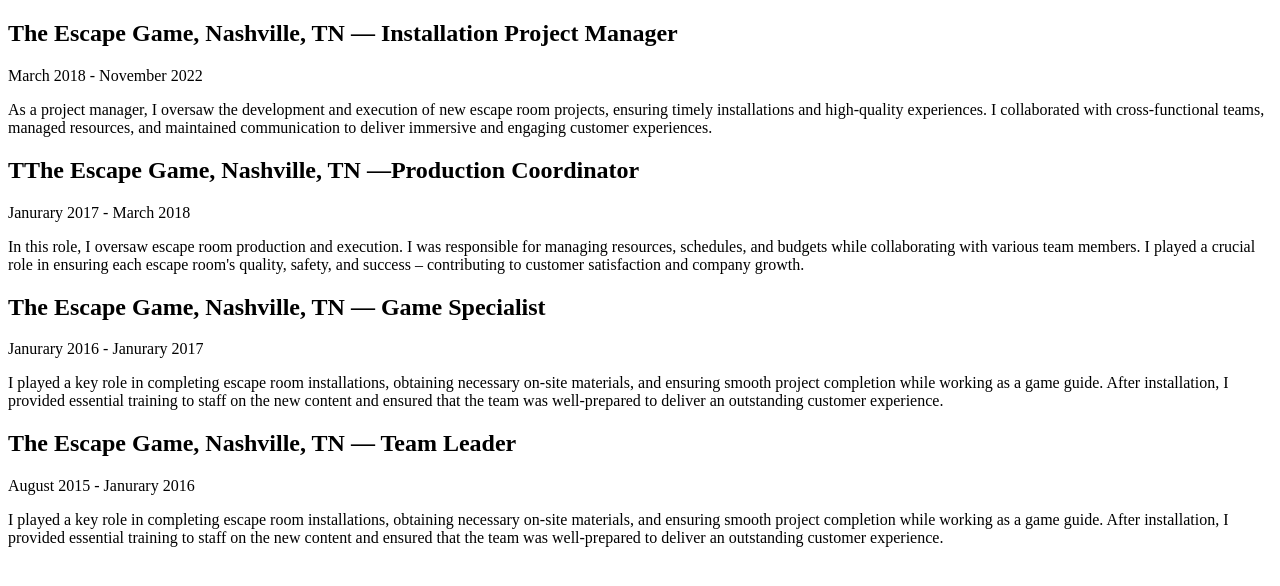
Repository: jgramirez0210/LAB-HTML-Resume
Page: index.html
These files come from the project's save history. The page is drawn as it stood at one moment and after the next save; the edit follows.
The browser window is 1280 px wide. The pictures show the whole page.

Above is the page before, as saved 2023-10-09 21:26:14.

### index.html
<!DOCTYPE html>
<html lang="en">
<head>
  <meta charset="UTF-8">
  <meta name="viewport" content="width=device-width, initial-scale=1.0">
  <title>Jesse's Work Experience</title>
</head>
<body>
  <article>
    <h2>The Escape Game, Nashville, TN — Installation Project Manager </h2>
    <time datetime="2018-03" >March 2018</time> - <time datetime="2022-10" >November 2022</time></time>
    <p>As a project manager, I oversaw the development and execution of new escape room projects, ensuring timely installations and high-quality experiences. I collaborated with cross-functional teams, managed resources, and maintained communication to deliver immersive and engaging customer experiences.</p>
  </article>
  <article>
    <h2>TThe Escape Game, Nashville, TN —Production Coordinator</h2>
    <time datetime="2017-01" >Janurary 2017</time> - <time datetime="2018-3" >March 2018</time></time>
    <p>In this role, I oversaw escape room production and execution. I was responsible for managing resources, schedules, and budgets while collaborating with various team members. I played a crucial role in ensuring each escape room's quality, safety, and success – contributing to customer satisfaction and company growth.
    </p>
  </article>
  <article>
    <h2>The Escape Game, Nashville, TN — Game Specialist</h2>
    <time datetime="2016-01" >Janurary 2016</time> - <time datetime="2017-01" >Janurary 2017</time></time>
    <p>I played a key role in completing escape room installations, obtaining necessary on-site materials, and ensuring smooth project completion while working as a game guide. After installation, I provided essential training to staff on the new content and ensured that the team was well-prepared to deliver an outstanding customer experience.
    </p>
  </article>
  <article>
    <h2>The Escape Game, Nashville, TN — Team Leader</h2>
    <time datetime="2015-08" >August 2015</time> - <time datetime="2016-01" >Janurary 2016</time></time>
    <p>I played a key role in completing escape room installations, obtaining necessary on-site materials, and ensuring smooth project completion while working as a game guide. After installation, I provided essential training to staff on the new content and ensured that the team was well-prepared to deliver an outstanding customer experience.
    </p>
  </article>
</body>
</html>

After the next save:
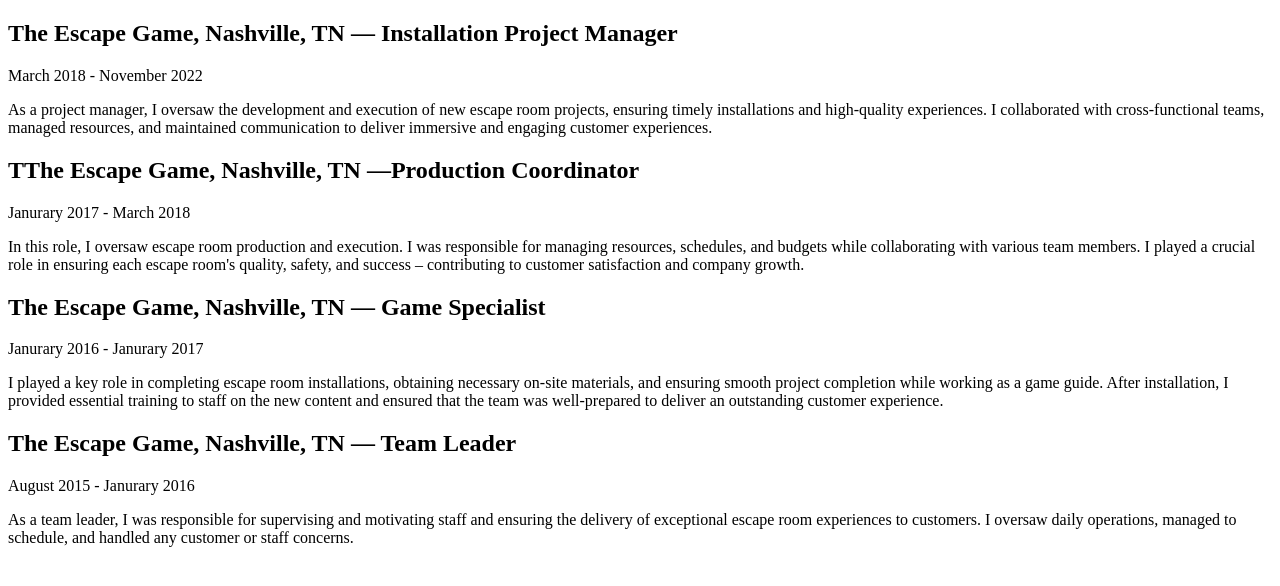
Saved 8 s later.
--- a/index.html
+++ b/index.html
@@ -26,7 +26,7 @@
   <article>
     <h2>The Escape Game, Nashville, TN — Team Leader</h2>
     <time datetime="2015-08" >August 2015</time> - <time datetime="2016-01" >Janurary 2016</time></time>
-    <p>I played a key role in completing escape room installations, obtaining necessary on-site materials, and ensuring smooth project completion while working as a game guide. After installation, I provided essential training to staff on the new content and ensured that the team was well-prepared to deliver an outstanding customer experience.
+    <p>As a team leader, I was responsible for supervising and motivating staff and ensuring the delivery of exceptional escape room experiences to customers. I oversaw daily operations, managed to schedule, and handled any customer or staff concerns.
     </p>
   </article>
 </body>
